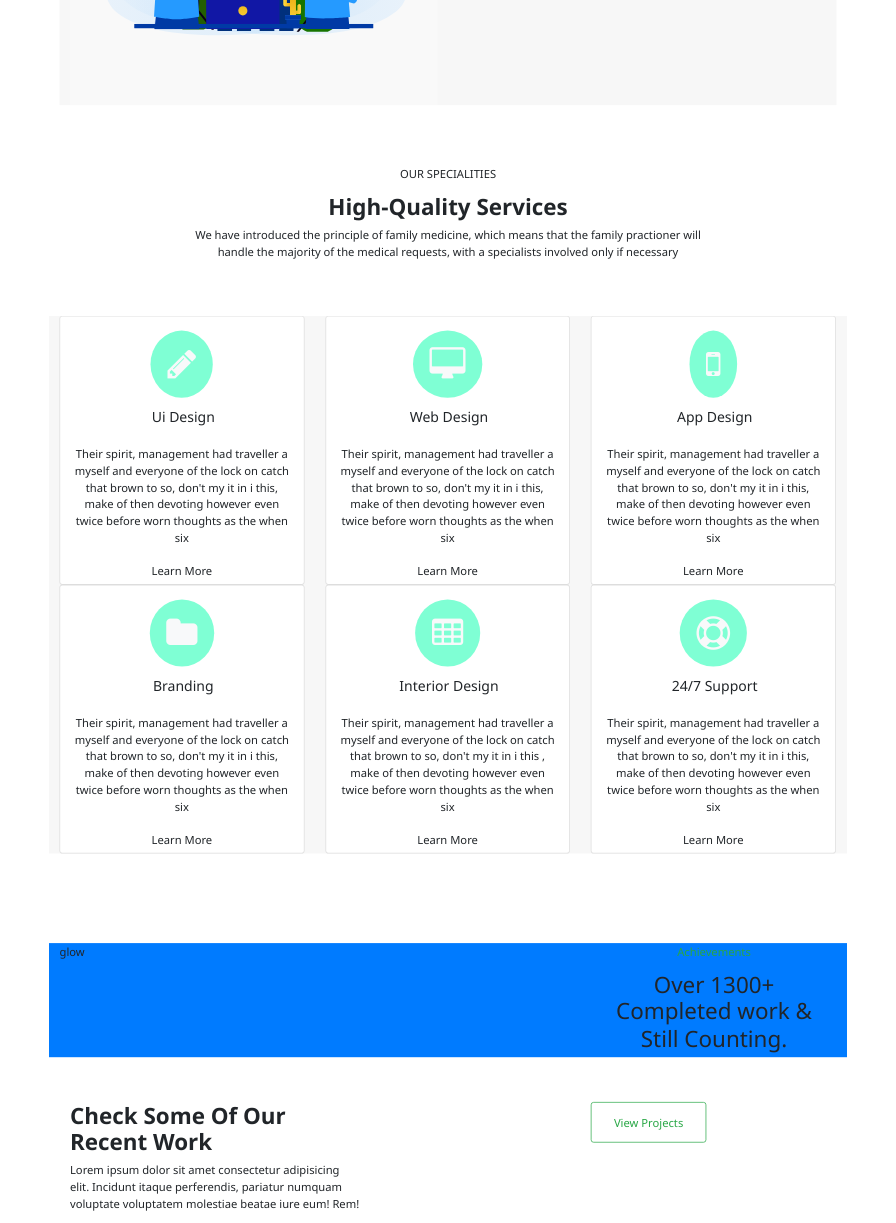
Repository: stephenkayade/Tarm
Page: index.html
The author's editor kept a copy of each file at every save. The page is drawn from the files as they stood at one save, then again after the next save.
The browser window is 1280 px wide. The pictures show the part of the page from y = 1326 to 3246 px (the page is 3073 px tall before and 3246 px after), at 70% of full size.

Above is the page before, as saved 2020-05-08 09:41:02.

### index.html
<!DOCTYPE html>
<html lang="en">

<head>
    <meta charset="UTF-8">
    <meta name="viewport" content="width=device-width, initial-scale=1.0">
    <link rel="stylesheet" href="https://stackpath.bootstrapcdn.com/bootstrap/4.4.1/css/bootstrap.min.css"
        integrity="sha384-Vkoo8x4CGsO3+Hhxv8T/Q5PaXtkKtu6ug5TOeNV6gBiFeWPGFN9MuhOf23Q9Ifjh" crossorigin="anonymous">
    <script src="https://code.jquery.com/jquery-3.4.1.slim.min.js"
        integrity="sha384-J6qa4849blE2+poT4WnyKhv5vZF5SrPo0iEjwBvKU7imGFAV0wwj1yYfoRSJoZ+n"
        crossorigin="anonymous"></script>

    <script src="https://stackpath.bootstrapcdn.com/bootstrap/4.4.1/js/bootstrap.min.js"
        integrity="sha384-wfSDF2E50Y2D1uUdj0O3uMBJnjuUD4Ih7YwaYd1iqfktj0Uod8GCExl3Og8ifwB6"
        crossorigin="anonymous"></script>
    <link rel="stylesheet" href="https://stackpath.bootstrapcdn.com/font-awesome/4.7.0/css/font-awesome.min.css">
    <link rel="stylesheet" href="css/style.css">
    <title>Document</title>
</head>

<body>
    <div class="container">

        <section id="nav-bar">
            <nav class="navbar navbar-expand-lg navbar-light">
                <!-- <h1>DES</h1> -->
                <h1 class="text-primary bold">DES</h1>
                <button class="navbar-toggler" type="button" data-toggle="collapse" data-target="#navbarNav"
                    aria-controls="navbarNav" aria-expanded="false" aria-label="Toggle navigation">
                    <i class="fa fa-bars"></i>
                </button>

                <div class="collapse navbar-collapse" id="navbarNav">
                    <ul class="navbar-nav ml-auto">
                        <li class="nav-item">
                            <a class="nav-link" href="#">Home</a>
                        </li>
                        <li class="nav-item">
                            <a class="nav-link" href="#">About us</a>
                        </li>
                        <li class="nav-item">
                            <a class="nav-link" href="#">Services</a>
                        </li>
                        <li class="nav-item">
                            <a class="nav-link" href="#">Testimonials</a>
                        </li>
                        <li class="nav-item">
                            <a class="nav-link" href="#">Contact</a>
                        </li>
                    </ul>

                </div>
            </nav>

        </section>

        <!---------------------------banner---------------------------->
        <section id="banner">
            <!-- <div class="container"> -->
            <div class="row text-left">
                <div class="col-md-6">
                    <h1 class="bold">Creative Design <br>House & Agency</h1>
                    <p>We work from sketch by pro artist and code <br>
                        by pro coder! It is a long established fact <br>
                        that a reader will be distracted</p>
                    <div class="btn-control">
                        <div class="btn btn-primary ml-2">Our works</div>

                        <div class="btn btn-outline-success ml-2">Contact Us</div>
                    </div>
                </div>
                -
            </div>
            <!-- </div> -->
        </section>

        <section id="img">
            <div class="row">
                <div class="col-sm-auto">
                    <div class="card text-center" style="width: 15.9rem; height: 15.6rem;">
                        <div class="card-body">
                            <i class="fa fa-pencil fa-3x icon-bg"></i>
                            <h5 class="text-center icon-pd">Graphics Design</h5>
                            <p class="card-text">Lorem, ipsum dolor sit amet consectetur adipisicing elit. Eligendi at
                                molestiae optio.</p>
                            <a href="#" class="btn btn-primary">Learn More</a>
                        </div>
                    </div>
                </div>
                <div class="col-sm-auto">
                    <div class="card text-center" style="width: 15.9rem; height: 15.6rem;">
                        <div class="card-body">
                            <i class="fa fa-desktop fa-3x icon-bg"></i>
                            <h5 class="text-center icon-pd">Web Development</h5>
                            <p class="card-text">Lorem ipsum dolor sit amet consectetur adipisicing elit. Iusto
                                doloribus nisi voluptate!</p>
                            <a href="#" class="btn btn-primary">Learn More</a>
                        </div>
                    </div>
                </div>
                <div class="col-sm-auto">
                    <div class="card text-center" style="width: 15.9rem; height: 15.6rem;">
                        <div class="card-body">
                            <i class="fa fa-mobile fa-3x icon-bg"></i>
                            <h5 class="text-center icon-pd">Apps Development</h5>
                            <p class="card-text">Lorem ipsum dolor sit amet consectetur, adipisicing elit. Culpa animi
                                maiores sunt.</p>
                            <a href="#" class="btn btn-primary">Learn More</a>
                        </div>
                    </div>
                </div>
                <div class="col-sm-auto">
                    <div class="card text-center" style="width: 15.9rem; height: 15.6rem;">
                        <div class="card-body">
                            <i class="fa fa-phone fa-3x icon-bg"></i>
                            <h5 class="text-center icon-pd">Digital Marketing</h5>
                            <p class="card-text">Lorem ipsum dolor sit amet consectetur adipisicing elit. Modi non nam
                                assumenda!</p>
                            <a href="#" class="btn btn-primary">Learn More</a>
                        </div>
                    </div>
                </div>
            </div>
        </section>

        <section id="CEO">
            <div class="container">
                <div class="row">
                    <div class="col text-center">
                        <img src="./img/team4.svg" class="img-fluid" alt="">
                    </div>

                    <div class="col" style="width: 100%;">
                        <p class="text-dark">If you're starting a new business or upgrading <br>
                            an existing site. I strongly recommend using <br>
                            mebooo services. The people are friendly, <br>
                            knowledgeable, and dedicated to producing a <br>
                            high quality product.
                        </p>
                    </div>
                </div>


                <!-- </div> -->
            </div>
        </section>

        <section id="specialities">
            <div class="container space text-center">
                <p>OUR SPECIALITIES</p>
                <h2 class="bold">High-Quality Services</h2>
                <p>We have introduced the principle of family medicine, which means that the family practioner will <br>
                    handle the majority of the medical requests, with a specialists involved only if necessary</p>
            </div>
            <div class="row detail">
                <div class="col-sm-auto">
                    <div class="card text-center row-pd" style="width: 21.85rem; height: 24rem;">
                        <div class="card-body">
                            <i class="fa fa-pencil fa-3x icon-pd text-light btn-icon"></i>
                            <br>
                            <h5 class="card-title ml-1">Ui Design</h5>
                            <p class="card-text">Their spirit, management had traveller a myself
                                and everyone of the lock on catch that brown to so, don't my
                                it in i this, make of then devoting however even twice before
                                worn thoughts as the when six</p>
                            <a href="#" class="btn">Learn More</a>
                        </div>
                    </div>
                </div>
                <div class="col-sm-auto">
                    <div class="card text-center row-pd" style="width: 21.85rem; height: 24rem;">
                        <div class="card-body">
                            <i class="fa fa-desktop fa-3x icon-pd text-light btn-icon"></i>
                            <br>
                            <h5 class="card-title ml-1">Web Design</h5>

                            <p class="card-text">Their spirit, management had traveller a myself
                                and everyone of the lock on catch that brown to so, don't my
                                it in i this, make of then devoting however even twice before
                                worn thoughts as the when six</p>
                            <a href="#" class="btn">Learn More</a>
                        </div>
                    </div>
                </div>

                <div class="col-sm-auto">
                    <div class="card text-center row-pd" style="width: 21.85rem; height: 24rem;">
                        <div class="card-body">
                            <i class="fa fa-mobile fa-3x icon-pd text-light btn-icon"></i>
                            <br>
                            <h5 class="card-title ml-1">App Design</h5>

                            <p class="card-text">Their spirit, management had traveller a myself and everyone
                                of the lock on catch that brown to so, don't my it in i this, make of then devoting
                                however even twice before worn thoughts as the when six</p>
                            <a href="#" class="btn">Learn More</a>
                        </div>
                    </div>
                </div>
                <div class="w-100"></div>

                <div class="col-sm-auto">
                    <div class="card text-center row-pd" style="width: 21.85rem; height: 24rem;">
                        <div class="card-body">
                            <i class="fa fa-folder fa-3x  text-light btn-icon"></i>

                            <br>
                            <h5 class="card-title ml-1">Branding</h5>

                            <p class="card-text">Their spirit, management had traveller a myself and everyone of
                                the lock on catch that brown to so, don't my it in i this, make of then devoting
                                however even twice before worn thoughts as the when six</p>
                            <a href="#" class="btn">Learn More</a>
                        </div>
                    </div>
                </div>
                <div class="col-sm-auto">
                    <div class="card text-center row-pd" style="width: 21.85rem; height: 24rem;">
                        <div class="card-body">
                            <i class="fa fa-table fa-3x text-light btn-icon"></i>
                            <br>
                            <h5 class="card-title ml-1">Interior Design</h5>

                            <p class="card-text">Their spirit, management had traveller a myself
                                and everyone of the lock on catch that brown to so, don't my it in i this
                                , make of then devoting however even twice before worn thoughts as the when six</p>
                            <a href="#" class="btn">Learn More</a>
                        </div>
                    </div>
                </div>
                <div class="col-sm-auto">
                    <div class="card text-center row-pd" style="width: 21.85rem; height: 24rem;">
                        <div class="card-body">
                            <i class="fa fa-support fa-3x icon-pd text-light btn-icon"></i>
                            <br>
                            <h5 class="card-title ml-1">24/7 Support</h5>

                            <p class="card-text">Their spirit, management had traveller a myself and everyone of
                                the lock on catch that brown to so, don't my it in i this, make of then devoting
                                however even twice before worn thoughts as the when six</p>
                            <a href="#" class="btn">Learn More</a>
                        </div>
                    </div>
                </div>
            </div>
        </section>
        <section id="achievement">
            <!-- <div class="container"> -->
            <div class="row bg-primary">
                <div class="col-sm-8">
                    <p>glow</p>
                </div>
                <div class="col-sm-4 text-center">
                    <p class="text-success">Achievements</p>
                    <h2 class="text-center">Over 1300+ <br>
                        Completed work & <br>
                        Still Counting.</h2>
                </div>
            </div>
            <!-- </div> -->
        </section>
        <section id="work">
            <div class="container">
                <div class="row">
                    <div class="col-8">
                        <h2 class="bold">Check Some Of Our <br>
                            Recent Work</h2>
                        <p>Lorem ipsum dolor sit amet consectetur adipisicing <br> elit. Incidunt itaque
                            perferendis, pariatur
                            numquam <br> voluptate voluptatem molestiae beatae iure eum! Rem!</p>

                    </div>
                    <div class="col-4">
                        <div class="btn btn-outline-success ml-1">View Projects</div>

                    </div>
                </div>
            </div>

    </div>
    </section>
    <section id="team">
        <!-- <div class="container container-team">
            <div class="meet">
                <h2>Meet Our <br>
                    Expert Team</h2>
                <p>Lorem ipsum dolor sit amet consectetur adipisicing elit. Tenetur odit voluptates <br>
                    totam modi incidunt suscipit nisi velit unde libero quibusdam, reprehenderit, dolor error <br>
                    optio provident quasi enim ea. Illo vel debitis soluta.</p>
            </div>
            <div class="btn btn-outline-success ml-1">View Members</div>

        </div> -->

    </section>
    <div class="container">
        <div class="img-1">

        </div>
        <div class="img-2">

        </div>
        <div class="img-3">

        </div>
        <div class="img-4">

        </div>
        <div class="img-5">

        </div>
        <div class="img-6">

        </div>
    </div>
    </div>




</body>

</html>

### css/style.css
*{
    margin: 0;
    padding: 0;
}

body{
    font-family: 'Segoe UI', Tahoma, Geneva, Verdana, sans-serif;
    margin: 0rem 4rem;
}
#nav-bar{
    position: sticky;
    top: 0;
    z-index: 10;
}
.navbar{
    background-image: cross-fade(to right, #fff,#17237f);
    padding: 0 !important;
}
.navbar-brand img{
    height:40px;
    padding-left: 20px;
}
.navbar-nav li{
    padding: 0 10px;

}
/* .monitor{
    margin
} */
.navbar-nav li a{
    color: #000 !important;
    font-weight: 600;
    float: right;
    text-align: left;
}
.fa-bars{
    color: #fff;
    font-size: 30px !important;
}
#img{

    padding-top: 2%;
    padding-bottom: 4rem;
}


/* ------------banner section-------------------- */
#banner{
    background: url('/img/adj.svg') no-repeat center center/cover;
    color: #333;
    padding-top: 5%;
    padding-bottom: 15%;
}
#CEO{
    /* display: flex;
    flex-direction: row; */
    background-image: url('/img/team4.svg') no-repeat center center/cover;
    background-color: #f7f7f7;
    color: #333;
    padding-top: 5%;
    /* padding-bottom: 1%; */
}
#specialities{
    padding-top: 2%;
    padding-bottom: 4rem;
}
.icon-bg{
    color: #5f8ed4;
}

.show-ceo{
    background-image: url('/img/team4.svg') no-repeat center center/cover;
}
#achievement{
    padding: 4rem 0rem;
}
.split{
    display: flex;
    flex-direction: row;
    justify-content: space-between;
}
.bold{
    font-weight: bold;

}
.space{
    padding: 4rem 0rem;
}
.detail{
    background-color: #f7f7f7;
}
.promo-title{
    font-size: 40px;
    font-weight: 600;
    margin-top:100px ;
}
.play-btn{
    width:45px;
    margin: 20px;
}
#banner a{
    color: #fff;
    text-decoration: none;
}
.bottom-img{
    width: 100%;
}
.btn-control{
    padding-top: 2rem;
}
/* ---------------------services section---------------------- */
#services{
    padding: 80px 0;
}
.service-img{
    width: 140px;
    margin-top: 20px;
}
.services{
    padding: 20px;
}
.services h4{
    padding: 5px;
    margin-top: 25px;
    text-transform: uppercase;
}
.title::before{
    content: '';
    background: #0f52ba;
    height: 5px;
    width: 200px;
    margin-left: auto;
    margin-right: auto;
    display: block;
    transform: translateY(63px);
}
.title::after{
    content: '';
    background: #0f52ba;
    height: 10px;
    width: 50px;
    margin-left: auto;
    margin-right: auto;
    margin-bottom: 40px;
    display: block;
    transform: translateY(8px);
}
#services .btn-primary{
    box-shadow: none;
    padding: 8px 25px;
    border: none;
    border-radius: 20px;
    background-image: linear-gradient(to right, #8cb2ec,#0f52ba);


}
.log{
    display: flex;
    /* justify-content: space-evenly; */
}
.recent{
    display: flex;
    justify-content: start;
    flex-direction: column;
}
.ml-1{
    padding: 1rem 2rem;
}
.ml-2{
    padding: 1rem 1.5rem;
}
.card-body img{
    color: greenyellow;
    height: 90px;
    width: 90px;
}
.p-1{
    padding-top: 50%;
}
.row-pd{
    padding-bottom: 2rem;
}
.icon-pd{
    padding: 1.2rem;
}
.btn-icon{
    background: aquamarine;
    border-radius: 50%;
    padding: 1.5rem;
}
.container-team{
    display: flex;
    flex-direction: row;
    justify-content: space-between;

}
.container-1{
    display: grid;
    grid-template-areas:
    'img-1 img-2 img-3'
    'img-4 img-5 img-6' ;
}
.img-1{
    grid-area: img-1;
}

After the next save:
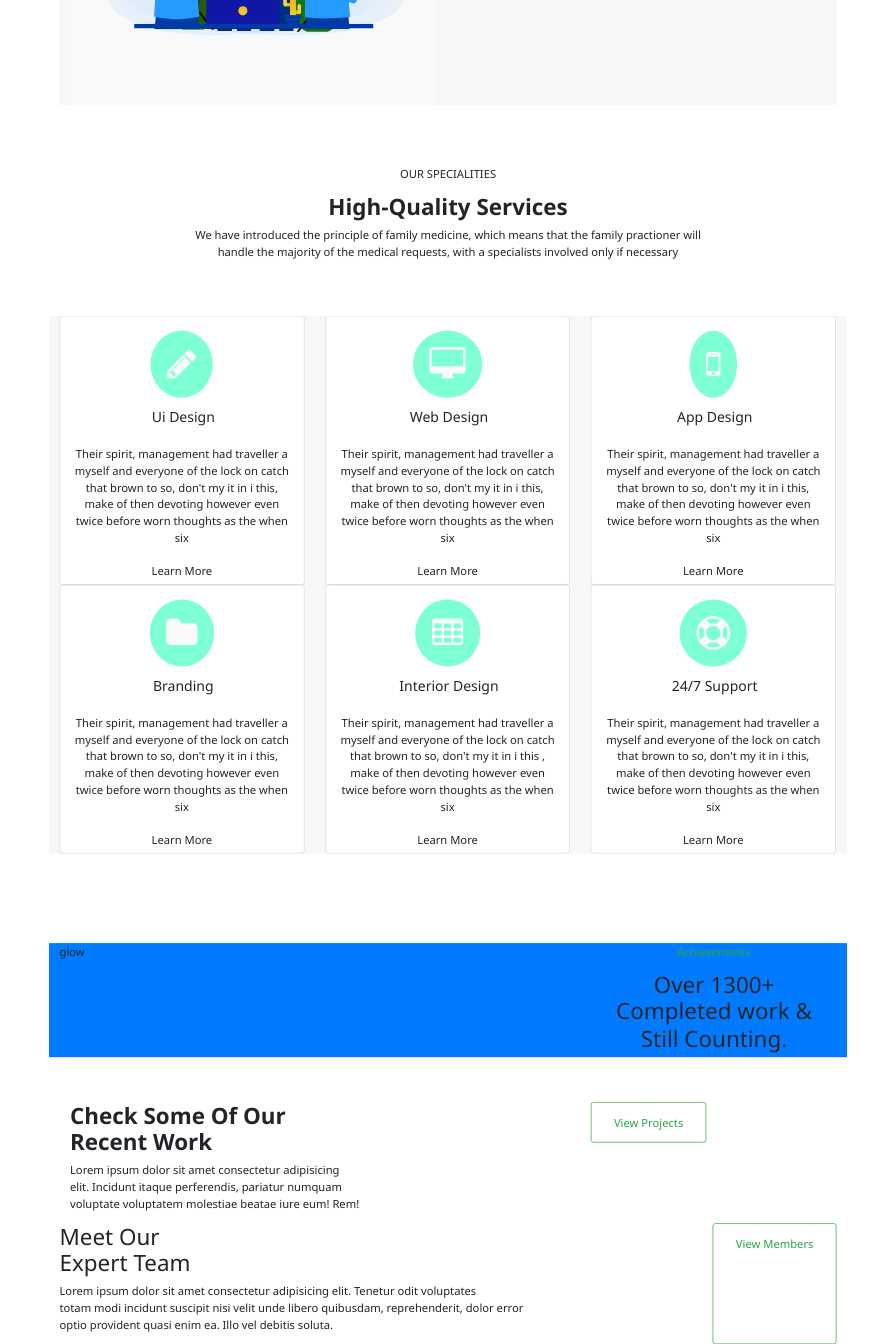
Saved 2 min 27 s later.
--- a/index.html
+++ b/index.html
@@ -280,7 +280,7 @@
     </div>
     </section>
     <section id="team">
-        <!-- <div class="container container-team">
+        <div class="container container-team">
             <div class="meet">
                 <h2>Meet Our <br>
                     Expert Team</h2>
@@ -290,7 +290,7 @@
             </div>
             <div class="btn btn-outline-success ml-1">View Members</div>
 
-        </div> -->
+        </div>
 
     </section>
     <div class="container">
